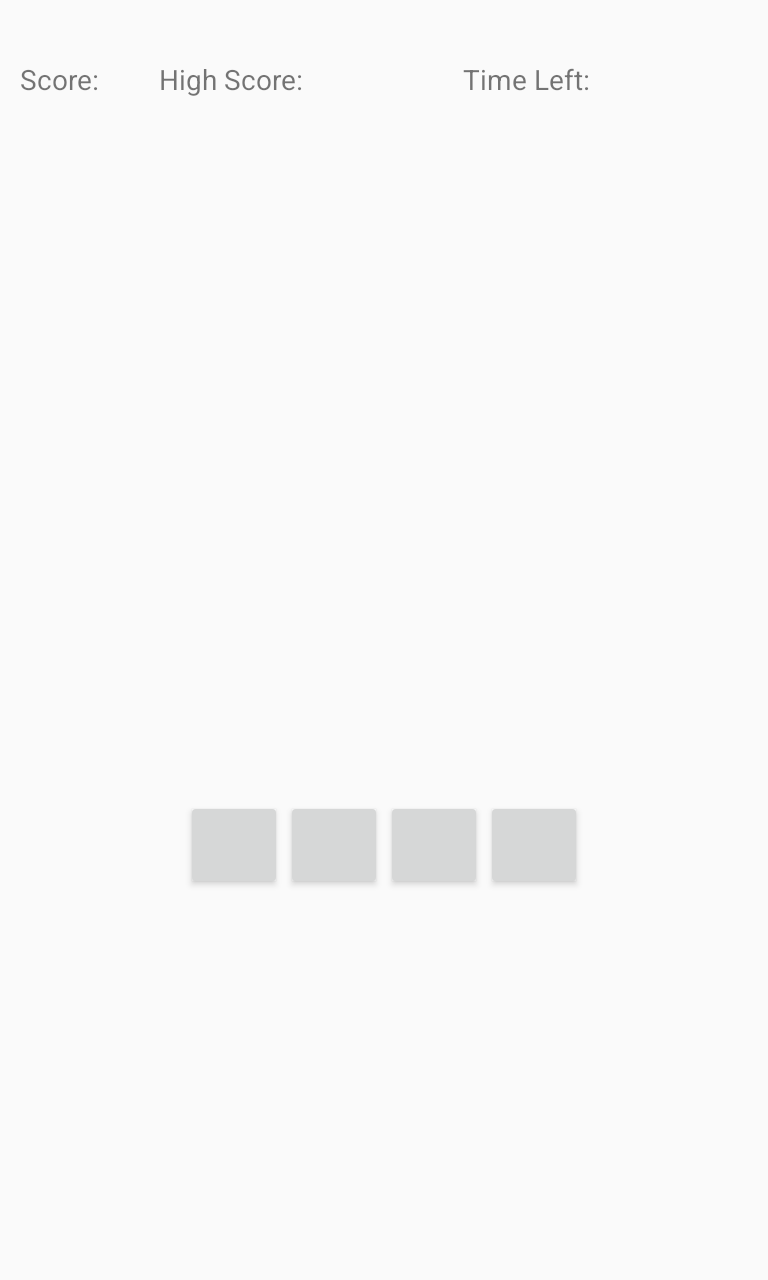
Repository: JoanneCaroll/Mathbomb
Layout: MathBomb/res/layout/activity_startgame.xml
These files come from the project's save history. The layout is drawn as it stood at one moment and after the next save; the edit follows.
It is drawn on a 768 x 1280 px phone screen (xhdpi) without system bars, with theme AppTheme; the app's code is not run.

Above is the layout before, as saved 2014-11-12 09:16:46.

After the next save:
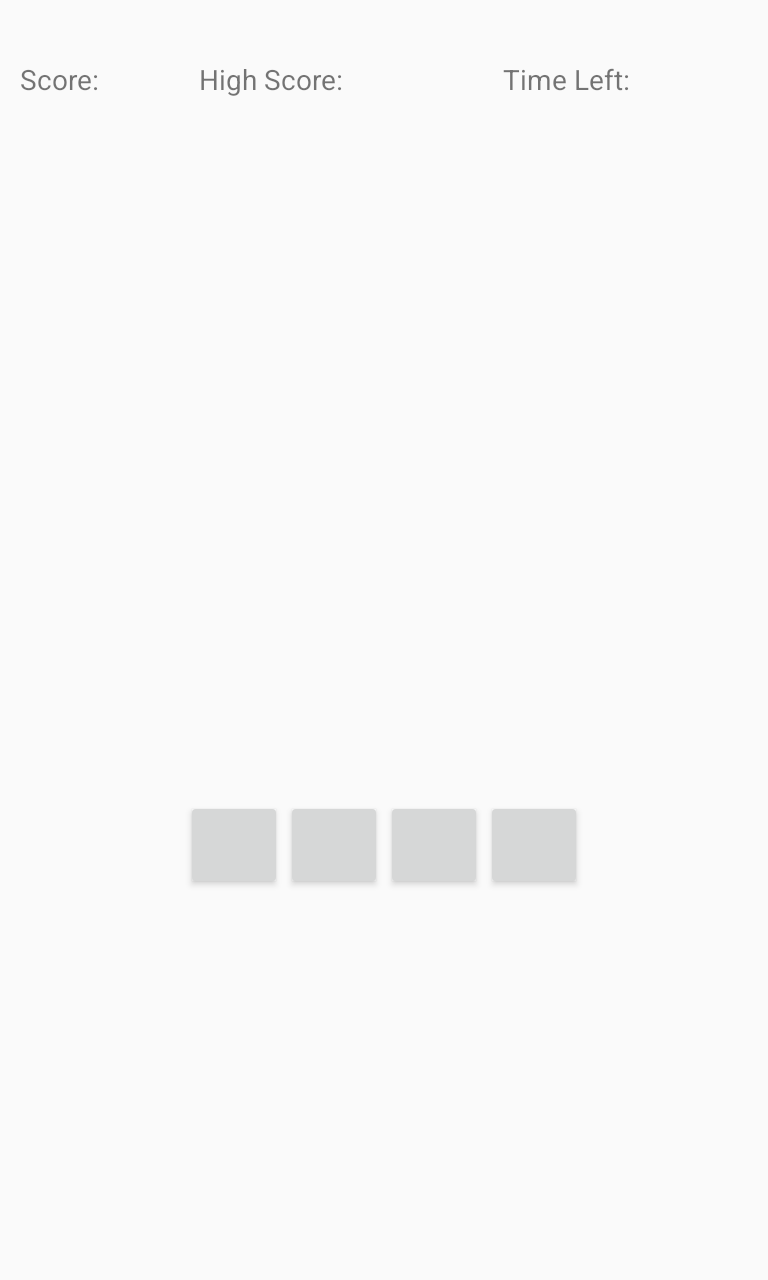
Saved 23 s later.
--- a/MathBomb/res/layout/activity_startgame.xml
+++ b/MathBomb/res/layout/activity_startgame.xml
@@ -19,7 +19,7 @@
 		    <TextView
 		        android:padding="30dp"
 		        android:id="@+id/showscore"
-		        android:layout_width="10dp"
+		        android:layout_width="30dp"
 		        android:layout_height="wrap_content"
 		        />
 		    <TextView
